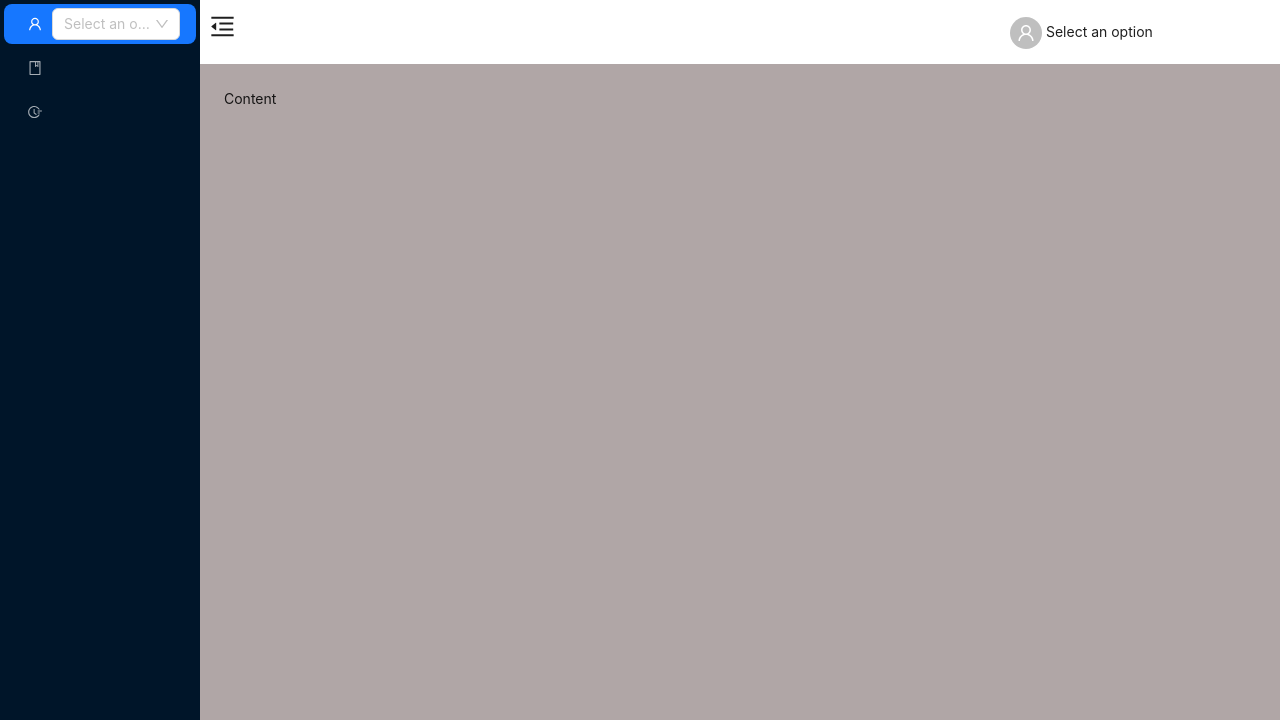
Repository: Ducbii4202/Inter-Management
Page: / (app in managament-system/)
The author's editor kept a copy of each file at every save. The page is drawn from the files as they stood at one save, then again after the next save.
The browser window is 1280 px wide. The pictures show the whole page.
The project was rebuilt for these pictures with package versions that can differ from the ones it lists, and the page was loaded fresh each time. Also part of the build but not shown: managament-system/vite.config.js.

Above is the page before, as saved 2023-12-26 02:10:31.

### managament-system/src/App.jsx
// import React from 'react';
// import React from 'react';
import DashboardPage from "./component/DashboardPage";

const App = () => {
  return (
    <div>
      <DashboardPage></DashboardPage>
    </div>
  );
};

export default App;

### managament-system/src/component/DashboardPage.jsx
import React, { useState } from "react";
import "./DashboardPage.css";
import {
  MenuFoldOutlined,
  MenuUnfoldOutlined,
  FieldTimeOutlined,
  UserOutlined,
  BookOutlined,
} from "@ant-design/icons";
import { Layout, Menu, Row, Col, Avatar, Select } from "antd";
const { Header, Sider, Content } = Layout;
const { Option } = Select;

function DashboardPage() {
  const [collapsed, setCollapsed] = useState(false);
  const [selectedOption, setSelectedOption] = useState(null);

  const options = [
    "Trainee 1",
    "Trainee 2",
    "Trainee 3",
    "Internship Option 1",
    "Internship Option 2",
  ];

  const handleOptionChange = (value) => {
    setSelectedOption(value);
  };

  return (
    <div>
      <Layout>
        <Sider trigger={null} collapsible collapsed={collapsed}>
          <div className="demo-logo-vertical" />
          <Menu theme="dark" mode="inline" defaultSelectedKeys={["1"]}>
            <Menu.Item key="1" icon={<UserOutlined />} label="List of options">
              <Select
                style={{ width: "100%" }}
                placeholder="Select an option"
                onChange={handleOptionChange}
                value={selectedOption}
              >
                {options.map((option, index) => (
                  <Option key={index} value={option}>
                    {option}
                  </Option>
                ))}
              </Select>
            </Menu.Item>
            <Menu.Item key="2" icon={<BookOutlined />} label="Homework" />
            <Menu.Item
              key="3"
              icon={<FieldTimeOutlined />}
              label="Internship Duration"
            />
          </Menu>
        </Sider>
        <Layout className="site-layout">
          <Header className="site-layout-backgound">
            <Row>
              <Col md={18}>
                {React.createElement(
                  collapsed ? MenuUnfoldOutlined : MenuFoldOutlined,
                  {
                    className: "trigger",
                    onClick: () => setCollapsed(!collapsed),
                  }
                )}
              </Col>
              <Col md={6}>
                <div>
                  <Avatar size="default" icon={<UserOutlined />} />
                  {selectedOption ? ` ${selectedOption}` : " Select an option"}
                </div>
              </Col>
            </Row>
          </Header>
          <Content className="Title">Content</Content>
        </Layout>
      </Layout>
    </div>
  );
}

export default DashboardPage;

### managament-system/src/component/DashboardPage.css
.site-layout-backgound {
  background-color: #fff !important;
  padding: 0;
}
.ant-layout {
  min-height: 100vh;
}
.ant-layout-header span.trigger svg {
  width: 25px !important;
  height: 25px !important;
  margin: 10px !important;
}
.Title {
  margin: "24px 16px";
  padding: 24px;
  min-height: 280px;
  background: #b0a6a6;
}

Loaded but not shown: managament-system/index.html (common file); managament-system/src/main.jsx (common file); managament-system/src/index.css (common file); managament-system/tailwind.config.js (common file)

After the next save:
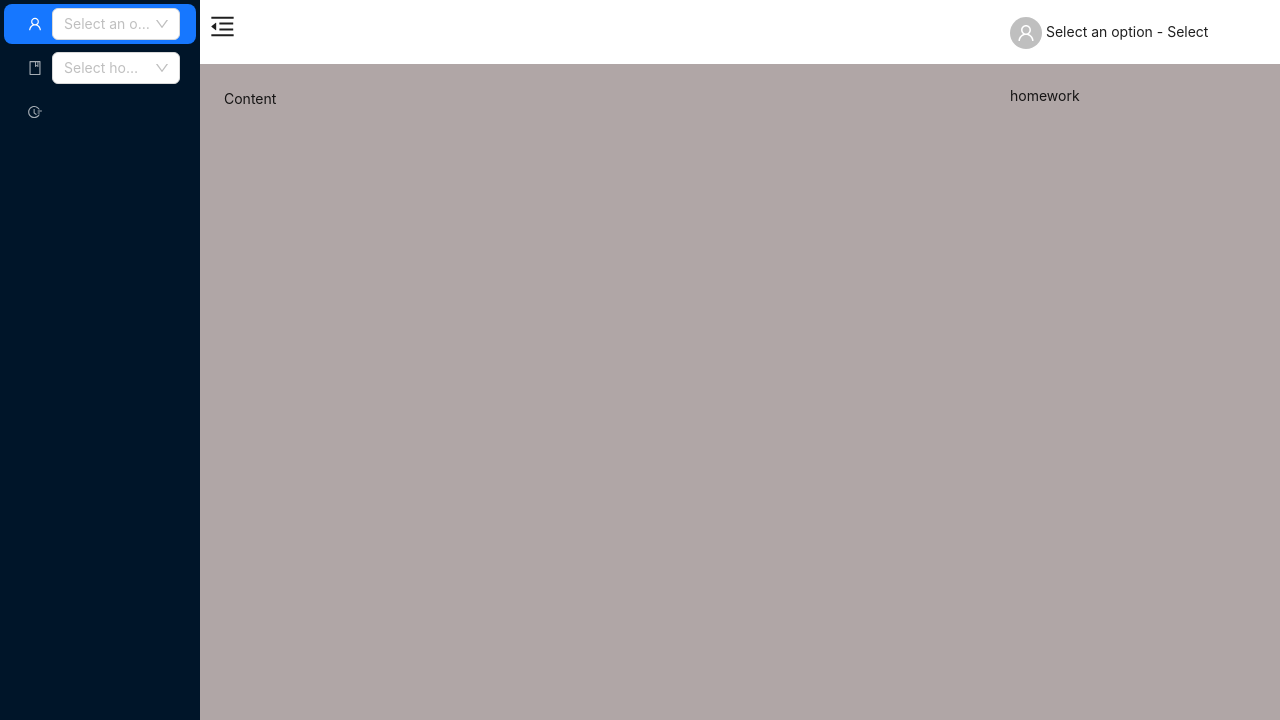
Saved 2 min 52 s later.
--- a/managament-system/src/component/DashboardPage.jsx
+++ b/managament-system/src/component/DashboardPage.jsx
@@ -14,6 +14,7 @@ const { Option } = Select;
 function DashboardPage() {
   const [collapsed, setCollapsed] = useState(false);
   const [selectedOption, setSelectedOption] = useState(null);
+  const [selectedHomework, setSelectedHomework] = useState(null);
 
   const options = [
     "Trainee 1",
@@ -22,9 +23,14 @@ function DashboardPage() {
     "Internship Option 1",
     "Internship Option 2",
   ];
+  const homeworkOptions = ["Homework 1", "Homework 2", "Homework 3"];
 
   const handleOptionChange = (value) => {
     setSelectedOption(value);
+  };
+
+  const handleHomeworkChange = (value) => {
+    setSelectedHomework(value);
   };
 
   return (
@@ -47,7 +53,20 @@ function DashboardPage() {
                 ))}
               </Select>
             </Menu.Item>
-            <Menu.Item key="2" icon={<BookOutlined />} label="Homework" />
+            <Menu.Item key="2" icon={<BookOutlined />} label="Homework">
+              <Select
+                style={{ width: "100%" }}
+                placeholder="Select homework"
+                onChange={handleHomeworkChange}
+                value={selectedHomework}
+              >
+                {homeworkOptions.map((homework, index) => (
+                  <Option key={index} value={homework}>
+                    {homework}
+                  </Option>
+                ))}
+              </Select>
+            </Menu.Item>
             <Menu.Item
               key="3"
               icon={<FieldTimeOutlined />}
@@ -70,7 +89,13 @@ function DashboardPage() {
               <Col md={6}>
                 <div>
                   <Avatar size="default" icon={<UserOutlined />} />
-                  {selectedOption ? ` ${selectedOption}` : " Select an option"}
+                  {selectedOption
+                    ? ` ${selectedOption}`
+                    : " Select an option"}{" "}
+                  -
+                  {selectedHomework
+                    ? ` ${selectedHomework}`
+                    : " Select homework"}
                 </div>
               </Col>
             </Row>
